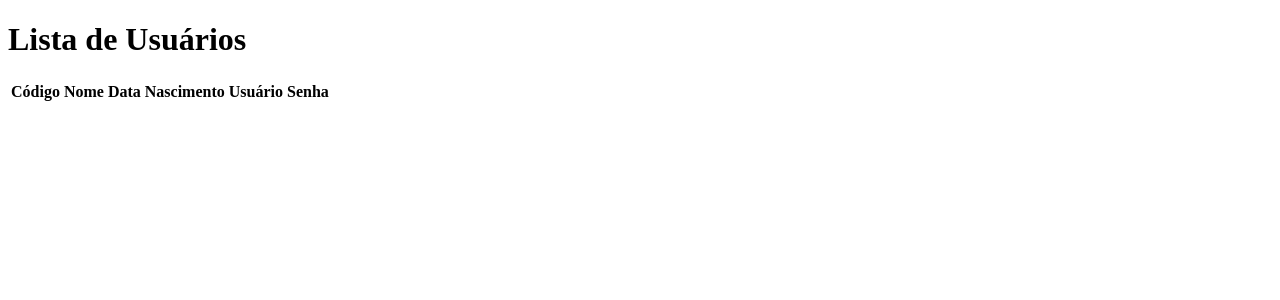
Repository: HigorRoc/Uninove_2021.1_AplicacaoWebQuarta
Page: http://localhost/usersManager/formMostraUsuarios.jsp
An editor plug-in stored every save of this project. The page is shown before and after a run of saves, followed by the edit.
The browser window is 1280 px wide. The pictures show the whole page.
The page is served by Tomcat 9.

Above is the page before, as saved 2021-05-20 00:06:26.

After the next 2 saves:
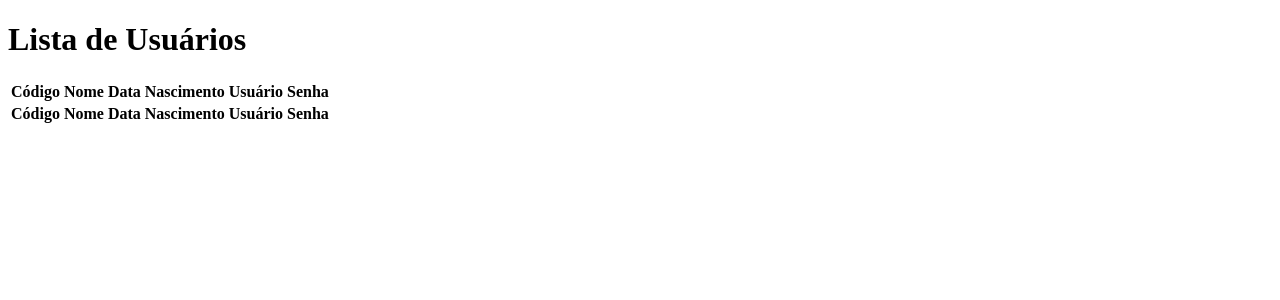
The 2 saves are shown as one change because they came seconds apart.
The last was saved 9 s later.
--- a/usersManager/WebContent/formMostraUsuarios.jsp
+++ b/usersManager/WebContent/formMostraUsuarios.jsp
@@ -20,7 +20,13 @@
 				</tr>
 			</thead>
 			<tbody>
-
+				<tr>
+					<th>Código</th>
+					<th>Nome</th>
+					<th>Data Nascimento</th>
+					<th>Usuário</th>
+					<th>Senha</th>
+				</tr>
 			</tbody>
 		</table>
 	</body>
